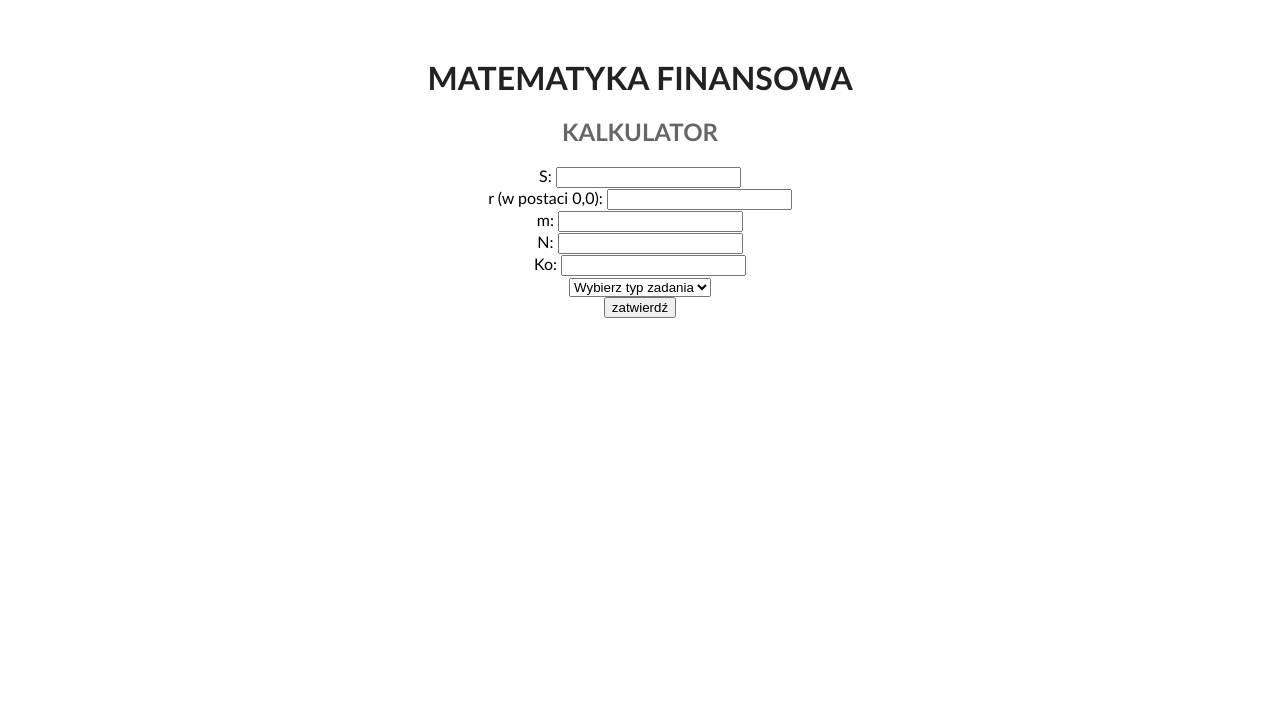
Repository: ravkita/MFCalc
Page: index.html
These files come from the project's save history. The page is drawn as it stood at one moment and after the next save; the edit follows.
The browser window is 1280 px wide. The pictures show the whole page.

Above is the page before, as saved 2021-04-12 19:21:58.

After the next save:
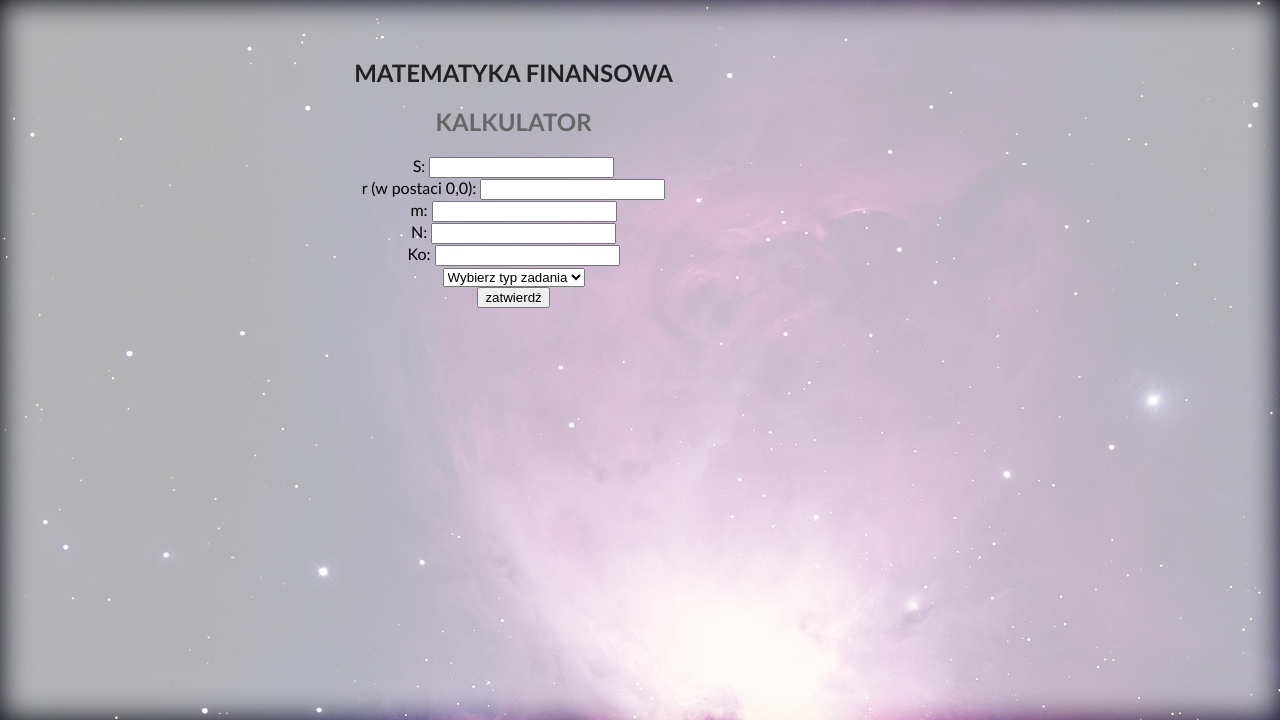
Saved 8 min 16 s later.
--- a/index.html
+++ b/index.html
@@ -9,6 +9,21 @@
     <style type="text/css">
         body{
             font-family: 'Gill Sans', 'Gill Sans MT', Calibri, 'Trebuchet MS', sans-serif;
+            background-image: url('bg.jpg');
+        }
+        .popout{
+            width: 80%;
+            height: 90vh;
+        }
+        .popout .bg{
+            width: 100%;
+            height: 100%;
+            background: rgba(255, 255, 255, 0.7);
+            filter: blur(15px);
+            position: absolute;
+            top: 0;
+            left: 0;
+            z-index: -1;
         }
         .header{
             width: 100%;
@@ -27,7 +42,7 @@
             color: #666666;
         }
 
-        #rata{
+        #form{
             display: flex;
             flex-direction: column;
             justify-content: center;
@@ -36,35 +51,32 @@
     </style>
 </head>
 <body>
-    <header class="header">
-        <h1 class="title">MATEMATYKA FINANSOWA</h1>
-    <h2 class="subtitle">KALKULATOR</h2>
-    </header>
-    <form action="" id="rata">
-        <div class="formItem"><label for="S">S:</label> <input type="number" name="S" class="s"></div>
-        <div class="formItem"><label for="r">r (w postaci 0,0):</label> <input type="number" name="r" class="r"></div>
-        <div class="formItem"><label for="m">m:</label> <input type="number" name="m" class="m"></div>
-        <div class="formItem"><label for="N">N:</label> <input type="number" name="N" class="N"></div>
-        <div class="formItem"><label for="Ko">Ko:</label> <input type="number" name="Ko" class="Ko"></div>
-        <div class="formItem">
-            <select name="type" id="typ">
-            <option default>Wybierz typ zadania</option>
-            <option value="1">zmienna rata</option>
-            <option value="2">zmienne płatności</option>
-            <option value="3">narastanie kapitału</option>
-        </select>
-    </div>
-
-
-
-
-
-
-        <input type="button" name="confirm" id="confirm" value="zatwierdź">
-    </form>
-    <div class="result">
-
-    </div>
+    <section class="popout">
+        <div class="bg"></div>
+        <header class="header">
+            <h1 class="title">MATEMATYKA FINANSOWA</h1>
+        <h2 class="subtitle">KALKULATOR</h2>
+        </header>
+        <form action="" id="form">
+            <div class="formItem"><label for="S">S:</label> <input type="number" name="S" class="s"></div>
+            <div class="formItem"><label for="r">r (w postaci 0,0):</label> <input type="number" name="r" class="r"></div>
+            <div class="formItem"><label for="m">m:</label> <input type="number" name="m" class="m"></div>
+            <div class="formItem"><label for="N">N:</label> <input type="number" name="N" class="N"></div>
+            <div class="formItem"><label for="Ko">Ko:</label> <input type="number" name="Ko" class="Ko"></div>
+            <div class="formItem">
+                <select name="type" id="typ">
+                <option default>Wybierz typ zadania</option>
+                <option value="1">zmienna rata</option>
+                <option value="2">zmienne płatności</option>
+                <option value="3">narastanie kapitału</option>
+            </select>
+        </div>
+            <input type="button" name="confirm" id="confirm" value="zatwierdź">
+        </form>
+        <div class="result">
+
+        </div>
+    </section>
     <script type="text/javascript">
         let s;
         let r;
